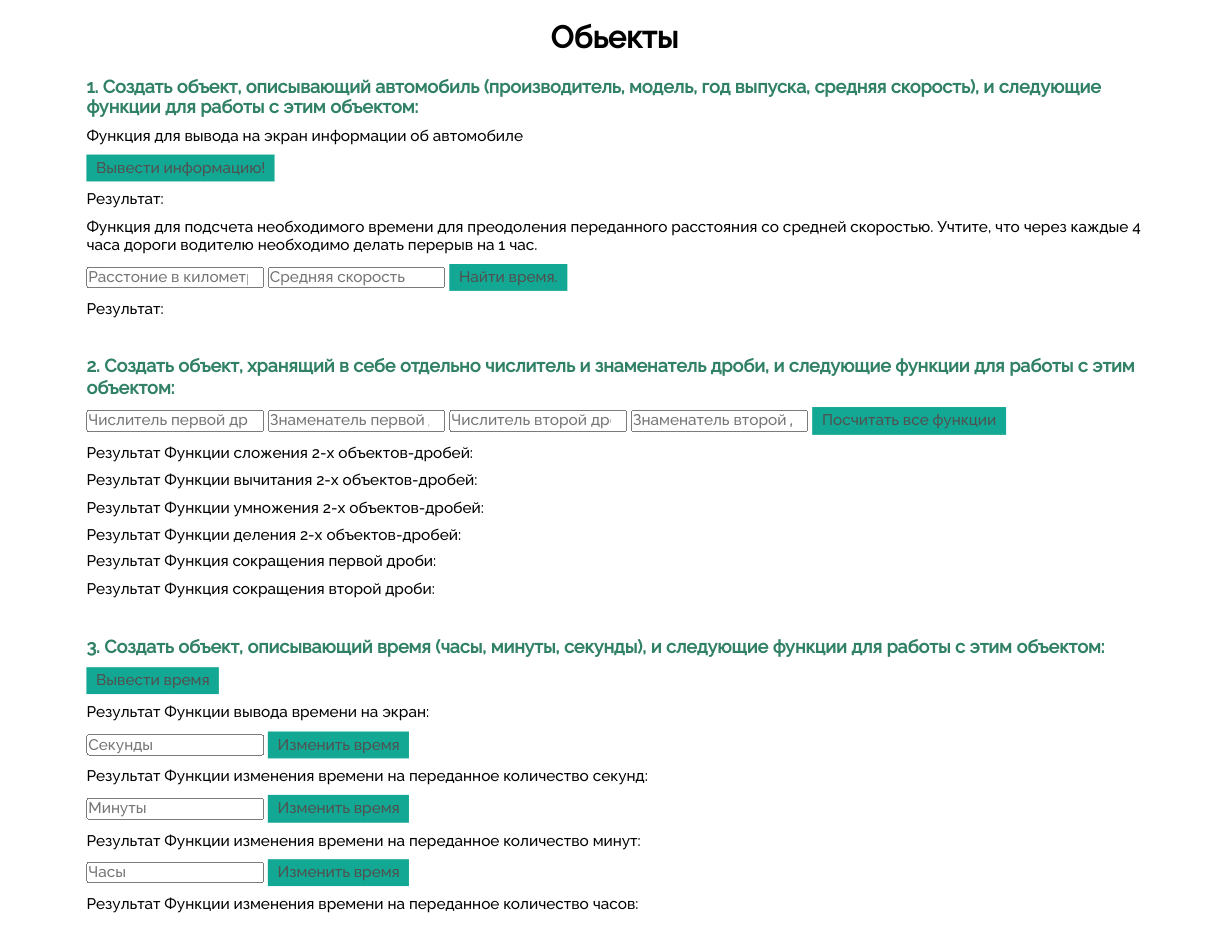
Repository: NastyaGavrilova/Beetroot-js
Page: HW4/index.html
These files come from the project's save history. The page is drawn as it stood at one moment and after the next save; the edit follows.
The browser window is 1280 px wide. The pictures show the whole page, at 96% of full size.

Above is the page before, as saved 2021-10-20 17:48:57.

After the next save:
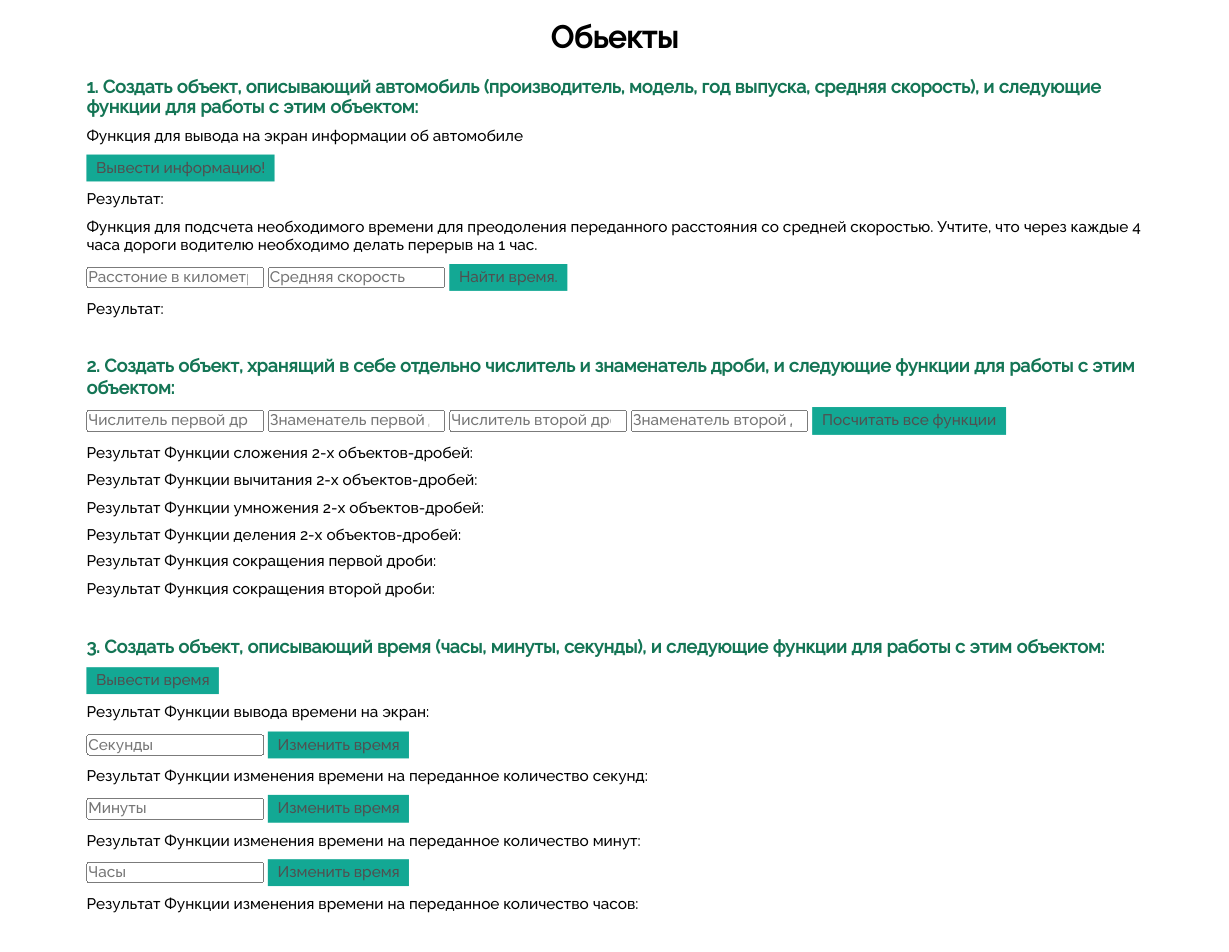
Saved 8 s later.
--- a/HW4/index.css
+++ b/HW4/index.css
@@ -18,7 +18,7 @@ body {
 }
 .title {
   margin-bottom: 10px;
-  color: rgb(48, 129, 102);
+  color: rgb(20, 117, 85);
 }
 p {
   margin-bottom: 10px;
